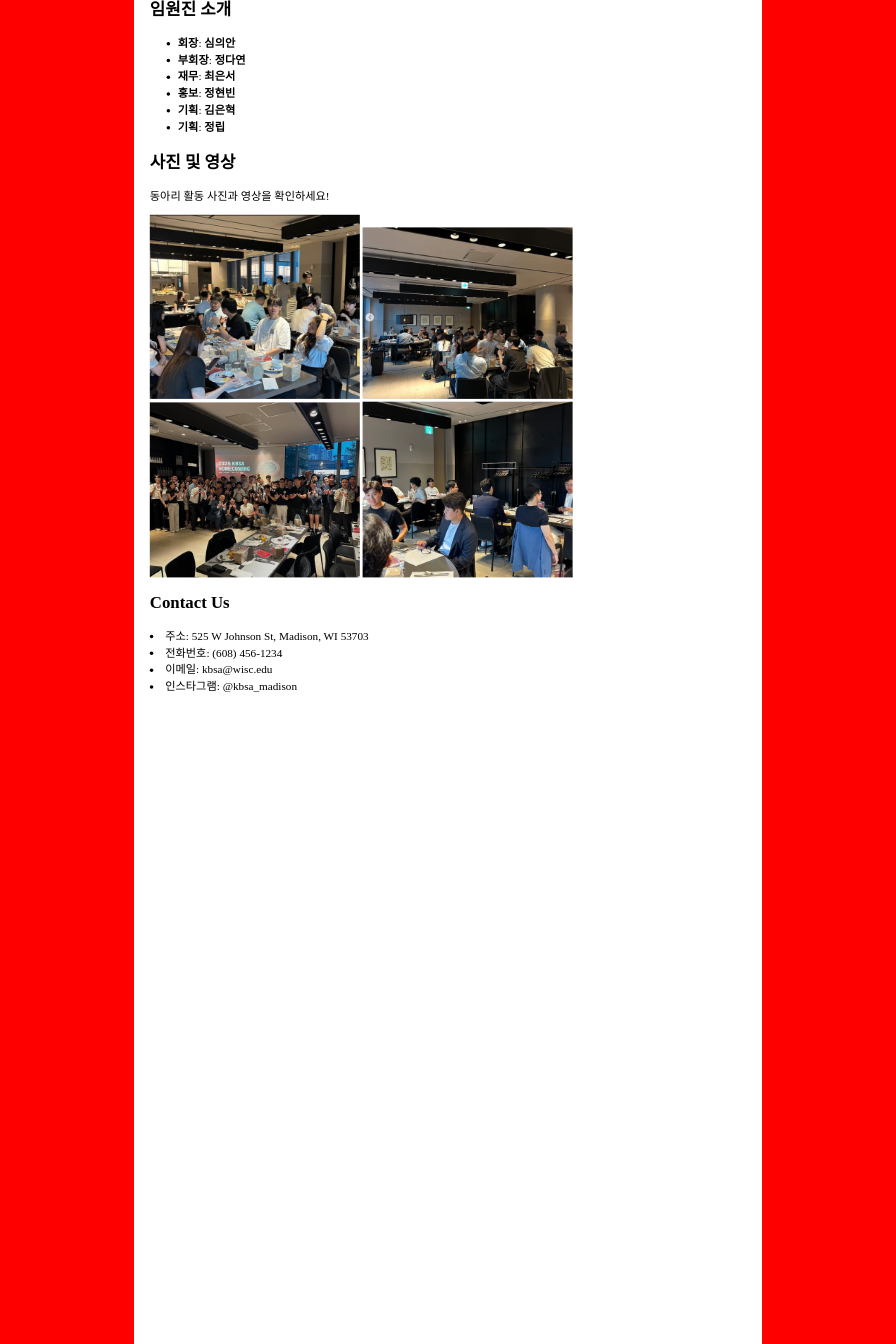
Repository: 23HarveyJi/25-Fall_chillguys
Page: website.html
An editor plug-in stored every save of this project. The page is shown before and after the next save, followed by the edit.
The browser window is 1280 px wide. The pictures show the part of the page from y = 587 to 2507 px (the page is 18019 px tall), at 70% of full size.

Above is the page before, as saved 2025-10-16 23:37:44.

After the next save:
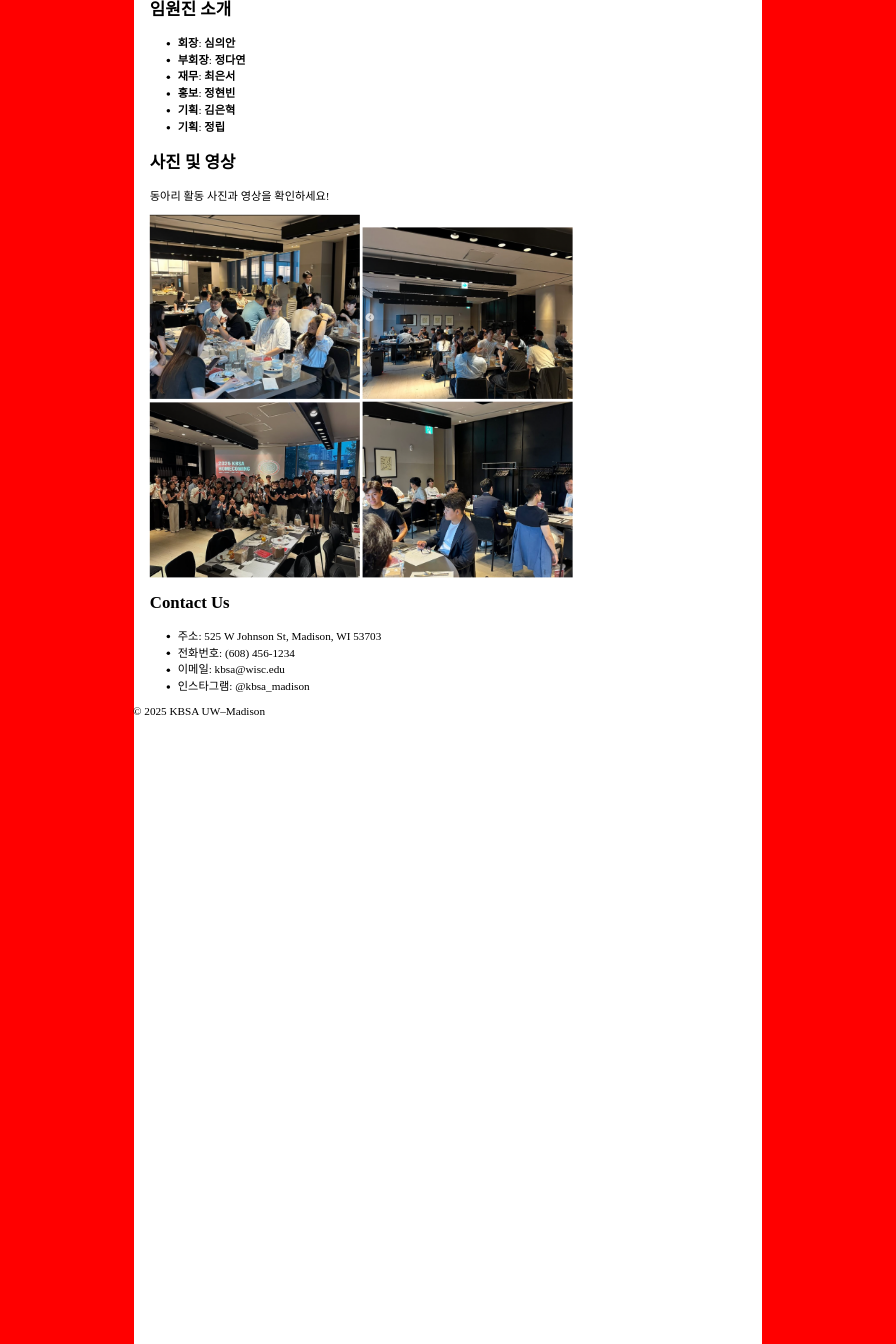
Saved 51 s later.
--- a/website.html
+++ b/website.html
@@ -67,34 +67,44 @@
 </html>
 
 
-<!-- ... 위쪽 내용 ... -->
-
 <section>
   <div class="container">
     <h2>사진 및 영상</h2>
     <p>동아리 활동 사진과 영상을 확인하세요!</p>
 
-    <!-- 필요하면 각 이미지를 클릭 시 원본 보기 -->
-    <a href="homecoming1.jpg" target="_blank"><img src="homecoming1.jpg" width="300" alt="KBSA Photos" title="KBSA Photos"></a>
-    <a href="homecoming2.jpg" target="_blank"><img src="homecoming2.jpg" width="300" alt="KBSA Photos" title="KBSA Photos"></a>
-    <a href="homecoming3.jpg" target="_blank"><img src="homecoming3.jpg" width="300" alt="KBSA Photos" title="KBSA Photos"></a>
-    <a href="homecoming4.jpg" target="_blank"><img src="homecoming4.jpg" width="300" alt="KBSA Photos" title="KBSA Photos"></a>
+    <a href="homecoming1.jpg" target="_blank">
+      <img src="homecoming1.jpg" width="300" alt="KBSA Photos" title="KBSA Photos">
+    </a>
+    <a href="homecoming2.jpg" target="_blank">
+      <img src="homecoming2.jpg" width="300" alt="KBSA Photos" title="KBSA Photos">
+    </a>
+    <a href="homecoming3.jpg" target="_blank">
+      <img src="homecoming3.jpg" width="300" alt="KBSA Photos" title="KBSA Photos">
+    </a>
+    <a href="homecoming4.jpg" target="_blank">
+      <img src="homecoming4.jpg" width="300" alt="KBSA Photos" title="KBSA Photos">
+    </a>
   </div>
 </section>
-</body>
 
+<!-- ✅ Contact 섹션은 body 안, footer 위 -->
 <section>
   <div class="container">
     <h2>Contact Us</h2>
-    <p>
+    <ul>
       <li>주소: 525 W Johnson St, Madison, WI 53703</li>
       <li>전화번호: (608) 456-1234</li>
       <li>이메일: kbsa@wisc.edu</li>
-      <li>인스타그램:
-        <a href="https://www.instagram.com/kbsa_madison/?hl=en" target="_blank">
-          @kbsa_madison
-        </a>
+      <li>
+        인스타그램:
+        <a href="https://www.instagram.com/kbsa_madison/?hl=en" target="_blank">@kbsa_madison</a>
       </li>
-    </p>
+    </ul>
   </div>
 </section>
+
+<footer>
+  <p>© 2025 KBSA UW–Madison</p>
+</footer>
+</body>
+</html>
